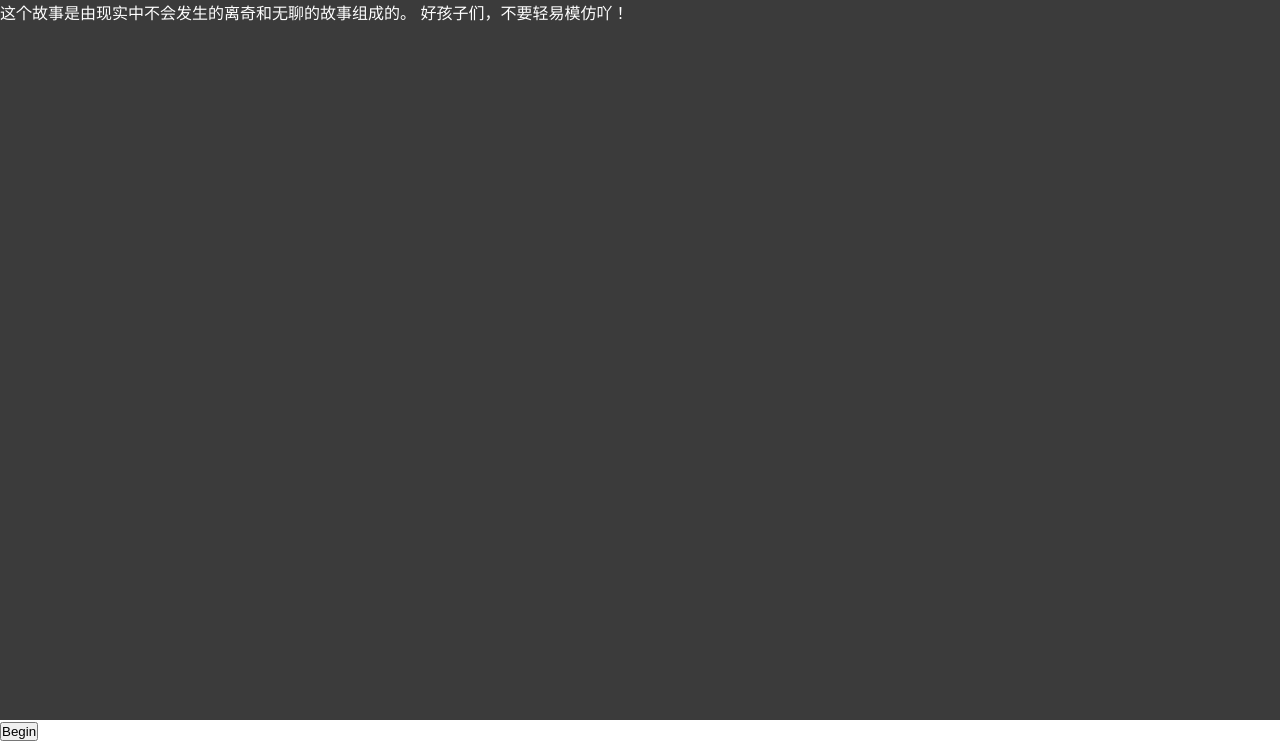
Repository: Jofali/reasoning-genius
Page: /
These files come from the project's save history. The page is drawn as it stood at one moment and after the next save; the edit follows.
The browser window is 1280 px wide. The pictures show the whole page.
The project was rebuilt for these pictures with package versions that can differ from the ones it lists, and the page was loaded fresh each time. Also part of the build but not shown: src/part1/part1.css, src/part1/part1.js, src/part2/part2.css, src/part2/part2.js, src/title/title.css, src/title/title.js, src/inventory/inventory.css, src/inventory/inventory.js.

Above is the page before, as saved 2019-05-22 17:26:12.

### public/index.html
<!DOCTYPE html>
<html lang="en">
  <head>
    <meta charset="utf-8" />
    <link rel="shortcut icon" href="%PUBLIC_URL%/favicon.ico" />
    <meta name="viewport" content="width=device-width, initial-scale=1" />
    <meta name="theme-color" content="#000000" />
    <!--
      manifest.json provides metadata used when your web app is installed on a
      user's mobile device or desktop. See https://developers.google.com/web/fundamentals/web-app-manifest/
    -->
    <link rel="manifest" href="%PUBLIC_URL%/manifest.json" />
    <!--
      Notice the use of %PUBLIC_URL% in the tags above.
      It will be replaced with the URL of the `public` folder during the build.
      Only files inside the `public` folder can be referenced from the HTML.

      Unlike "/favicon.ico" or "favicon.ico", "%PUBLIC_URL%/favicon.ico" will
      work correctly both with client-side routing and a non-root public URL.
      Learn how to configure a non-root public URL by running `npm run build`.
    -->
    <title>Reasoning Genius</title>
  </head>
  <body>
    <noscript>You need to enable JavaScript to run this app.</noscript>
    <div id="root"></div>
    <!--
      This HTML file is a template.
      If you open it directly in the browser, you will see an empty page.

      You can add webfonts, meta tags, or analytics to this file.
      The build step will place the bundled scripts into the <body> tag.

      To begin the development, run `npm start` or `yarn start`.
      To create a production bundle, use `npm run build` or `yarn build`.
    -->
  </body>
</html>

### src/index.css
body {
  margin: 0;
  font-family: -apple-system, BlinkMacSystemFont, "Segoe UI", "Roboto", "Oxygen",
    "Ubuntu", "Cantarell", "Fira Sans", "Droid Sans", "Helvetica Neue",
    sans-serif;
  -webkit-font-smoothing: antialiased;
  -moz-osx-font-smoothing: grayscale;
}

code {
  font-family: source-code-pro, Menlo, Monaco, Consolas, "Courier New",
    monospace;
}

#root {
  height: 100%;
}

*{
  padding: 0;
  margin: 0;
}

html,body {
  height: 100%;
}

### src/App.js
import React, { Component } from 'react';
import { CSSTransition } from 'react-transition-group';

import Part1 from './part1/part1';
import Part2 from './part2/part2';
import Title from './title/title';
import Inventory from './inventory/inventory';
import Begin from './begin/begin';

import './App.css';
import arrNext from './assets/arrnext.svg';

class App extends Component {
  constructor(props) {
    super(props);
    this.state = {
      content: <Begin />,
      arr: arrNext,
      arrStatus: "next",
      maxPartNum: 1,
      showPart: true
    };
    this.stepTo = this.stepTo.bind(this);
  }

  partNum = 0;
  timer = null;
  stepTo() {
    if(this.partNum === this.state.maxPartNum) {
      this.partNum = 0;
    } else {
      this.partNum += 1;
    }

    this.setshow(false);
    if(this.timer !== null) {
      clearTimeout(this.timer);
    }
    this.timer = setTimeout( () => {
      switch(this.partNum)
      {
        case 0:
          this.setState({ content: <Part1 /> })
          this.setState({ arrStatus: "next" });
          break;
        case 1:
          this.setState({ content: <Part2 /> })
          this.setState({ arrStatus: "prev" })
          break;
        default:
          this.setState({ content: <Begin /> })
      }
      this.setshow(true);
    }, 300);

  }

  setshow(bool) {
    this.setState({ showPart: bool })
  }

  componentDidMount() {

  }

  render() {
    return (
        <div className="App">
          <CSSTransition
              in={this.state.showPart}
              timeout={300}
              classNames="alert"
              unmountOnExit
            >
              { this.state.content }
          </CSSTransition>
          <button className="btn-begin">Begin</button>
        </div>
    );
  }
}

export default App;

### src/begin/begin.js
import React from 'react';

import './begin.css';
function Title() {
  return (
      <div className="begin">
        <div className="begin-content-wrap">
          这个故事是由现实中不会发生的离奇和无聊的故事组成的。
          好孩子们，不要轻易模仿吖！
        </div>
      </div>
  );
}

export default Title;

### src/App.css
.App {
  width: 100%;
  height: 100%;
  background: rgb(253,214,222);
  position: relative;
}

.App img {
  width: 100%;
}

.arr {
  position: fixed;
  bottom: 60px;
  right: 0;
  width: 3rem;
  z-index: 2;
}

.next {
  transform: rotate(0);
}

.prev {
  transform: rotate(180deg);
}

.arr img {
  max-width: 100%;
  transition: all .3s;
}

.alert-enter {
  opacity: 0;
}
.alert-enter-active {
  opacity: 1;
  transform: translateX(0);
  transition: opacity 300ms, transform 300ms;
}
.alert-exit {
  opacity: 1;
}
.alert-exit-active {
  opacity: 0;
  transition: opacity 300ms, transform 300ms;
}

.btn-begin {
  positon:absolute;
  bottom: 20px;
  left: 50%;
}

### src/begin/begin.css
.begin {
  width: 100%;
  height: 100%;
  background: rgb(59, 59, 59);
  color: #fff;
}

Loaded but not shown: src/index.js (common file); src/serviceWorker.js (common file)

After the next save:
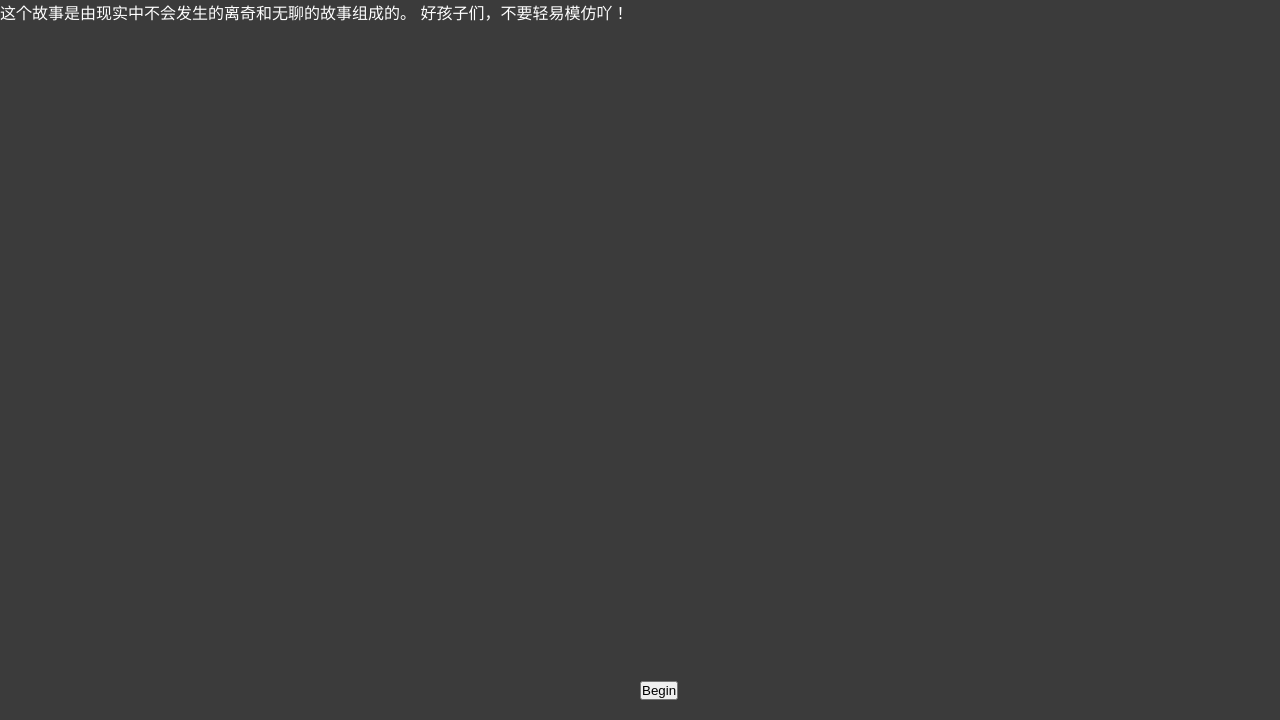
Saved 8 s later.
--- a/src/App.css
+++ b/src/App.css
@@ -47,7 +47,7 @@
 }
 
 .btn-begin {
-  positon:absolute;
+  position:absolute;
   bottom: 20px;
   left: 50%;
 }
